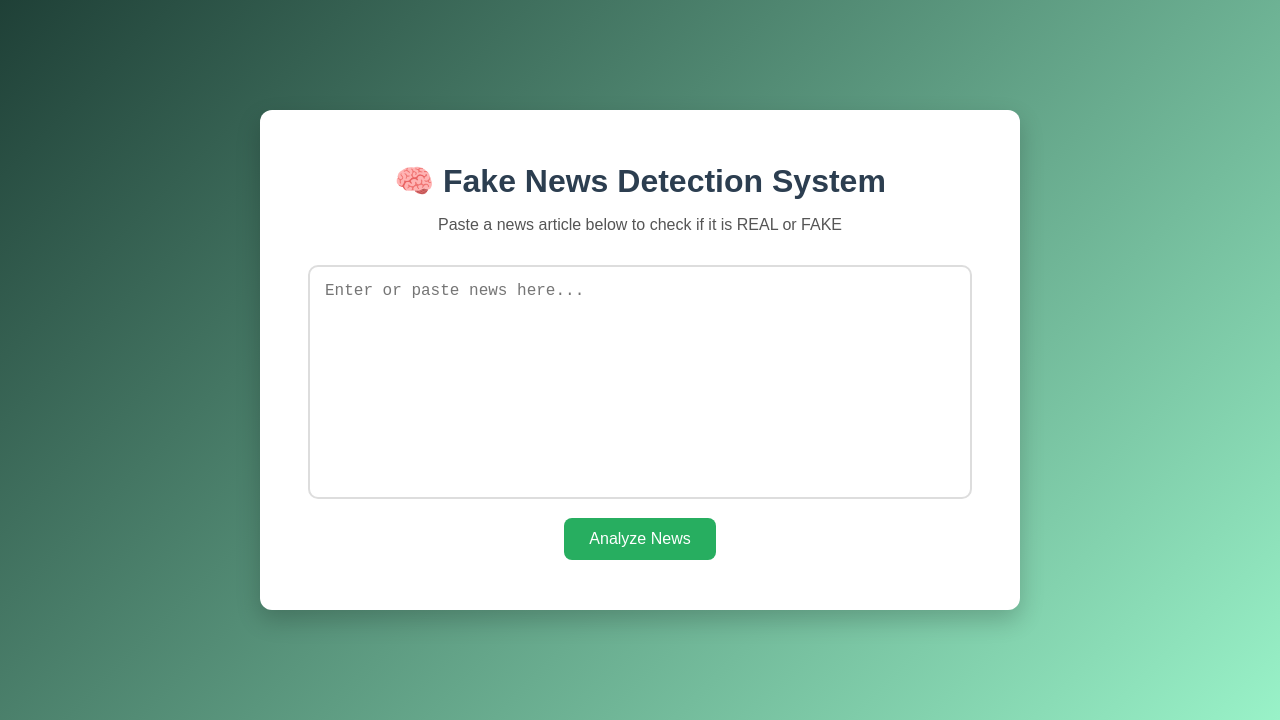
Repository: abrahamnayipoan/fake-news-detector
Page: frontend/index.html
These files come from the project's save history. The page is drawn as it stood at one moment and after the next save; the edit follows.
The browser window is 1280 px wide. The pictures show the whole page.

Above is the page before, as saved 2026-05-22 14:21:48.

After the next save:
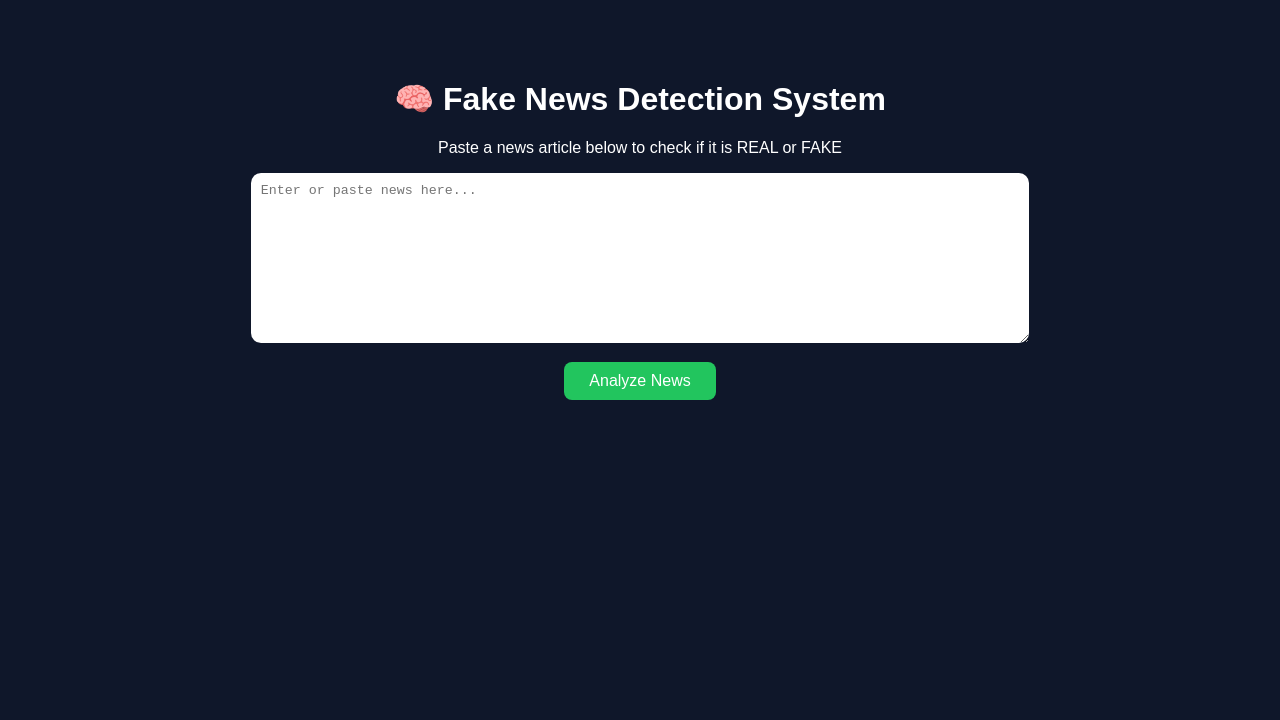
Saved 90 s later.
--- a/frontend/style.css
+++ b/frontend/style.css
@@ -1,72 +1,37 @@
-/* Page background */
 body {
-    font-family: Arial, sans-serif;
-    background: linear-gradient(135deg, #1f4037, #99f2c8);
-    margin: 0;
-    padding: 0;
-    display: flex;
-    justify-content: center;
-    align-items: center;
-    height: 100vh;
-}
-
-/* Main container */
-.container {
-    background: white;
-    padding: 30px;
-    width: 70%;
-    max-width: 700px;
-    border-radius: 12px;
-    box-shadow: 0px 10px 25px rgba(0,0,0,0.2);
+    background: #0f172a;
+    color: white;
+    font-family: Arial;
     text-align: center;
 }
 
-/* Title */
-h1 {
-    color: #2c3e50;
-    margin-bottom: 10px;
+.container {
+    margin-top: 80px;
 }
 
-/* Paragraph */
-p {
-    color: #555;
+textarea {
+    width: 60%;
+    height: 150px;
+    padding: 10px;
+    border-radius: 10px;
+    border: none;
 }
 
-/* Textarea */
-textarea {
-    width: 90%;
-    height: 200px;
-    padding: 15px;
+button {
+    margin-top: 15px;
+    padding: 10px 25px;
+    background: #22c55e;
+    border: none;
+    color: white;
     font-size: 16px;
-    border: 2px solid #ddd;
-    border-radius: 10px;
-    outline: none;
-    margin-top: 15px;
-    resize: none;
+    border-radius: 8px;
+    cursor: pointer;
 }
 
-/* Button */
-button {
-    margin-top: 15px;
-    padding: 12px 25px;
-    font-size: 16px;
-    background-color: #27ae60;
-    color: white;
-    border: none;
-    border-radius: 8px;
-    cursor: pointer;
-    transition: 0.3s;
+button:hover {
+    background: #16a34a;
 }
 
-/* Button hover effect */
-button:hover {
-    background-color: #219150;
-    transform: scale(1.05);
+h2 {
+    margin-top: 20px;
 }
-
-/* Result text */
-#result {
-    margin-top: 20px;
-    font-size: 22px;
-    font-weight: bold;
-}
